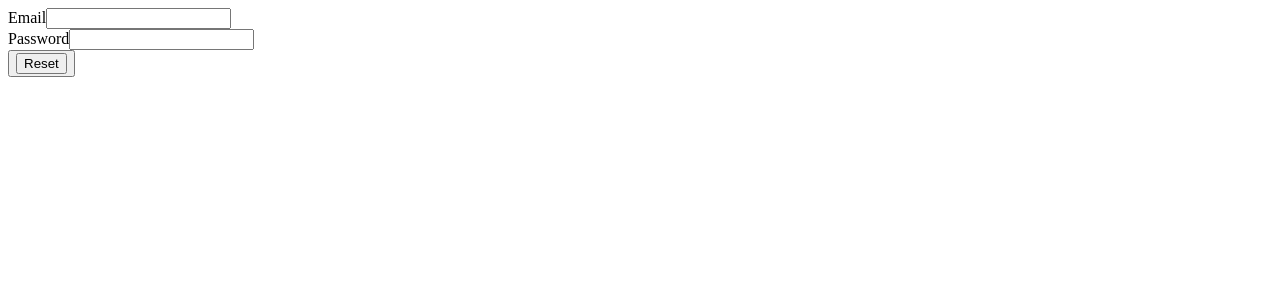
Repository: laxmichauhan/Student-Data-Insertion
Page: Application1/WebContent/login.html
An editor plug-in stored every save of this project. The page is shown before and after the next save, followed by the edit.
The browser window is 1280 px wide. The pictures show the whole page.

Above is the page before, as saved 2019-02-19 06:11:14.

### Application1/WebContent/login.html
<!DOCTYPE html>
<html>
<head>
<meta charset="ISO-8859-1">
<title>Insert title here</title>
</head>
<body>
<form action="Verify" method="post">
Email<input type="text" name="email"/><br>
Password<input type="password" name="password"/><br>
<button type="Login" value="login"/>
<input type="Reset" name="reset"/>


</form>
</body>
</html>

After the next save:
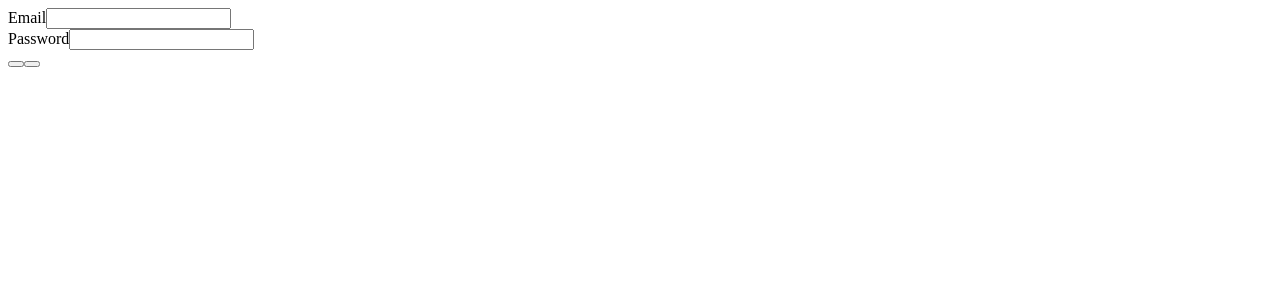
Saved 24 s later.
--- a/Application1/WebContent/login.html
+++ b/Application1/WebContent/login.html
@@ -9,7 +9,7 @@
 Email<input type="text" name="email"/><br>
 Password<input type="password" name="password"/><br>
 <button type="Login" value="login"/>
-<input type="Reset" name="reset"/>
+<button type="Reset" value="reset"/>
 
 
 </form>
